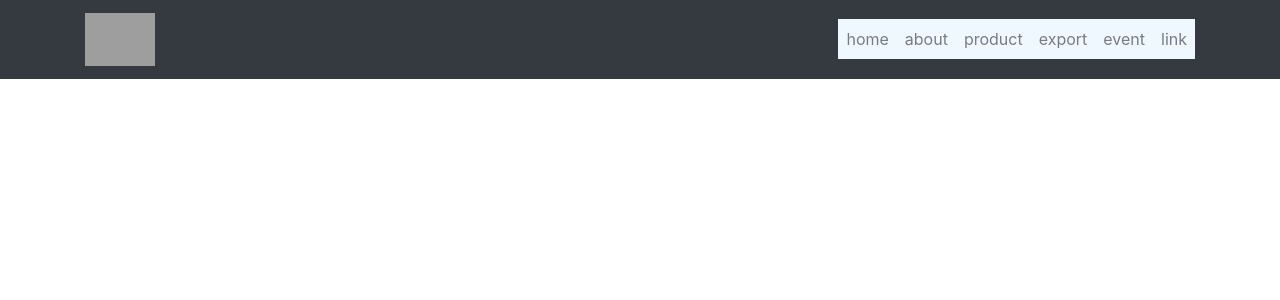
Repository: vijayholve/nutriritefoods
Page: hypenfoods.html
The author's editor kept a copy of each file at every save. The page is drawn from the files as they stood at one save, then again after the next save.
The browser window is 1280 px wide. The pictures show the whole page.
Pictures or frames that could not be fetched are drawn as grey boxes. Some web libraries are served in a nearby version.

Above is the page before, as saved 2024-10-17 12:51:52.

### hypenfoods.html
<!DOCTYPE html>
<html lang="en">
<head>
    <meta charset="UTF-8">
    <meta name="viewport" content="width=device-width, initial-scale=1.0">
    <title>Document</title>
    <link rel="stylesheet" href="https://cdn.jsdelivr.net/npm/bootstrap@4.0.0/dist/css/bootstrap.min.css" integrity="sha384-Gn5384xqQ1aoWXA+058RXPxPg6fy4IWvTNh0E263XmFcJlSAwiGgFAW/dAiS6JXm" crossorigin="anonymous">
<style>
    .nav-link{
        background-color: aliceblue;
        color:rgb(253, 27, 27);
    }
</style>
</head>
<body>
    <nav class="navbar fixed-top navbar-expand-lg navbar-light bg-dark" heigth="40px">
            <div class="container">
                <a href="" class="navbar-brand">
                <img src="Logo.png" alt="" width="70px">
            </a>
            <div class="navbar-nav" width="60px">
                <button class="navbar-toggler" type="button" data-toggle="collapse" data-target="#navbarSupportedContent" aria-controls="navbarSupportedContent" aria-expanded="false" aria-label="Toggle navigation">
                    <span class="navbar-toggler-icon"></span>
                </button>

            <div class="collapse navbar-collapse" id="navbarSupportedContent">

                <div class="nav-link">home</div>
                <div class="nav-link">about</div>
                <div class="nav-link">product</div>
                <div class="nav-link">export</div>
                <div class="nav-link">event</div>
                <div class="nav-link">link  </div>
            </div>

            </div>
        </div>
    </nav>

    <div class="container">
        <!-- <button class="navbar-toggler" ></button> -->
    </div>

    <script src="https://code.jquery.com/jquery-3.2.1.slim.min.js" integrity="sha384-KJ3o2DKtIkvYIK3UENzmM7KCkRr/rE9/Qpg6aAZGJwFDMVNA/GpGFF93hXpG5KkN" crossorigin="anonymous"></script>
    <script src="https://cdn.jsdelivr.net/npm/popper.js@1.12.9/dist/umd/popper.min.js" integrity="sha384-ApNbgh9B+Y1QKtv3Rn7W3mgPxhU9K/ScQsAP7hUibX39j7fakFPskvXusvfa0b4Q" crossorigin="anonymous"></script>
    <script src="https://cdn.jsdelivr.net/npm/bootstrap@4.0.0/dist/js/bootstrap.min.js" integrity="sha384-JZR6Spejh4U02d8jOt6vLEHfe/JQGiRRSQQxSfFWpi1MquVdAyjUar5+76PVCmYl" crossorigin="anonymous"></script>
</body>
</html>

After the next save:
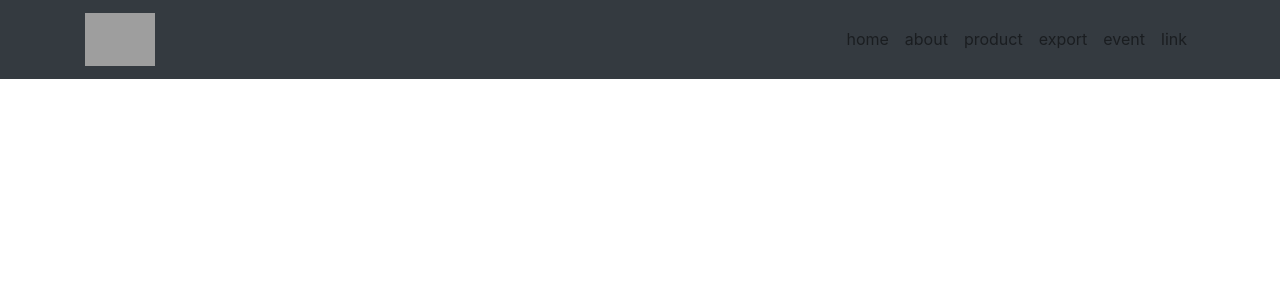
Saved 8 s later.
--- a/hypenfoods.html
+++ b/hypenfoods.html
@@ -7,7 +7,6 @@
     <link rel="stylesheet" href="https://cdn.jsdelivr.net/npm/bootstrap@4.0.0/dist/css/bootstrap.min.css" integrity="sha384-Gn5384xqQ1aoWXA+058RXPxPg6fy4IWvTNh0E263XmFcJlSAwiGgFAW/dAiS6JXm" crossorigin="anonymous">
 <style>
     .nav-link{
-        background-color: aliceblue;
         color:rgb(253, 27, 27);
     }
 </style>
